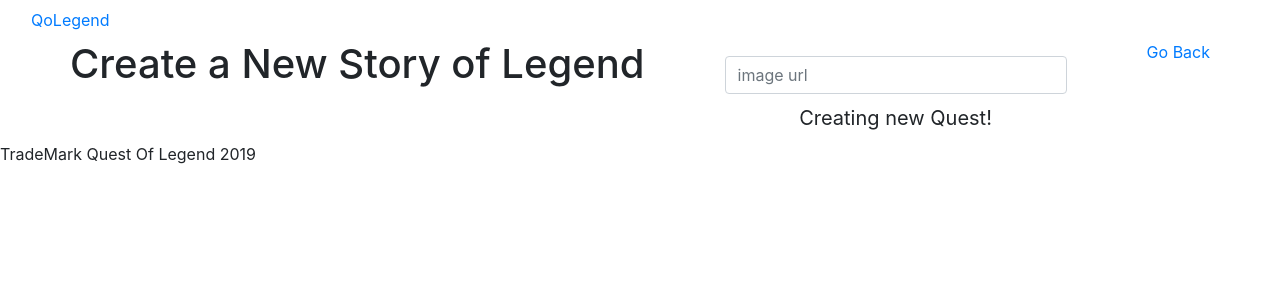
Repository: Hoangvo92/aws-program
Page: http://localhost/quests/new
The author's editor kept a record of every edit. The page is drawn from the files as they stood at one moment, then again after the next edit.
The browser window is 1280 px wide. The pictures show the whole page.
The page is served by the project's Node server (quests-of-legend/app.js).

Above is the page before.

### quests-of-legend/views/new.ejs
<% include partials/header %>
<div class="container">
    <div class="row">
        <h1>Create a New Story of Legend</h1>
        <div style="width: 30%; margin: 0 auto">
          <form action="/quests" method="POST">
              <div class="form-group">

              </div>

             <input class="form-control" type="text" name="image" placeholder="image url">
             <button class="btn btn-lg btn-default btn-block">Creating new Quest!</button>
          </form>
        </div>
        <a href="/quests"> Go Back</a>
    </div>
</div>

<% include partials/footer %>

### quests-of-legend/views/partials/header.ejs
<!DOCTYPE html>
<html>
    <head>
        <title>Quests Of Legend</title>
        <link rel="stylesheet" href="https://stackpath.bootstrapcdn.com/bootstrap/4.3.1/css/bootstrap.min.css">
        <script src="https://ajax.googleapis.com/ajax/libs/jquery/1.12.0/jquery.min.js"></script>
        <script src="https://stackpath.bootstrapcdn.com/bootstrap/4.3.1/js/bootstrap.min.js" integrity="sha384-JjSmVgyd0p3pXB1rRibZUAYoIIy6OrQ6VrjIEaFf/nJGzIxFDsf4x0xIM+B07jRM" crossorigin="anonymous"></script>
        <script src="https://stackpath.bootstrapcdn.com/bootstrap/4.3.1/js/bootstrap.bundle.min.js" integrity="sha384-xrRywqdh3PHs8keKZN+8zzc5TX0GRTLCcmivcbNJWm2rs5C8PRhcEn3czEjhAO9o" crossorigin="anonymous"></script>
    </head>
    <body>
       <nav class="navbar navbar-default">
            <div class="container-fluid">
                <div class="navbar-header">
                   <a class="nabar-brand" href="/">QoLegend</a>
                </div>
                <div class="collapse navbar-collapse">
                   <ul class ="nav navbar-nav navbar-right">
                      <li><a href="/">Login</a></li>
                      <li><a href="/">Sign Up</a></li>
                      <li><a href="/">logout</a></li>
                    </ul>
                </div>
            </div>
        </nav>

### quests-of-legend/views/partials/footer.ejs
    <p>TradeMark Quest Of Legend 2019</p>
    </body>
</html>

### quests-of-legend/app.js
var express = require("express");
var app = express();
var bodyParser = require("body-parser");

app.use(bodyParser.urlencoded({extended: true}));
app.set("view engine", "ejs");

var stories =  [
         {name: "Seal Of Star", image: "https://vignette.wikia.nocookie.net/saintseiya/images/4/49/Zeus_with_Kamui.jpg/revision/latest?cb=20121209212744"},
         {name: "Return of Chicken", image: "https://comicvine1.cbsistatic.com/uploads/original/11133/111330079/6530318-saigafurinji1.png"},
         {name: "Betrayal and Broken Heart", image: "https://www.anime-planet.com/images/manga/covers/masca-2560.jpg?t=1495142357"}
];

app.get("/", function(red, res){
   res.render("landing");
});
//show all quests- first restful route
app.get("/quests", function(req, res){


    res.render("quests", {quests: stories});
});

app.post("/quests", function(req, res){
    //get data from form and add to quests array
    var name = req.body.name;
    var image = req.body.image;
    var newQuest = {name: name, image: image};
    stories.push(newQuest);
    //redirect back to quests page
    res.redirect("/quests");
});

app.get("/quests/new", function(req, res){
    res.render("new.ejs");
});

app.listen(process.env.PORT, process.env.IP, function(){
    console.log("Stories server has started!");
});

After the next edit:
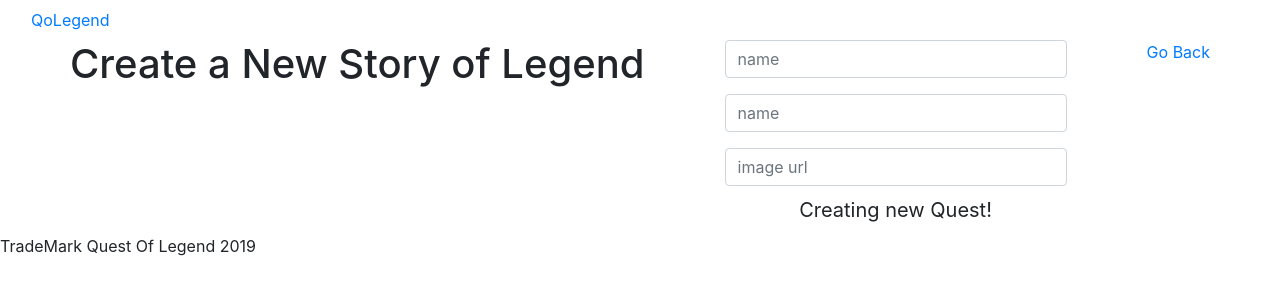
The edit:
--- a/quests-of-legend/views/new.ejs
+++ b/quests-of-legend/views/new.ejs
@@ -5,7 +5,10 @@
         <div style="width: 30%; margin: 0 auto">
           <form action="/quests" method="POST">
               <div class="form-group">
-
+                  <input class="form-control" type="text" name="name" placeholder="name">
+              </div>
+                            <div class="form-group">
+                  <input class="form-control" type="text" name="name" placeholder="name">
               </div>
 
              <input class="form-control" type="text" name="image" placeholder="image url">
